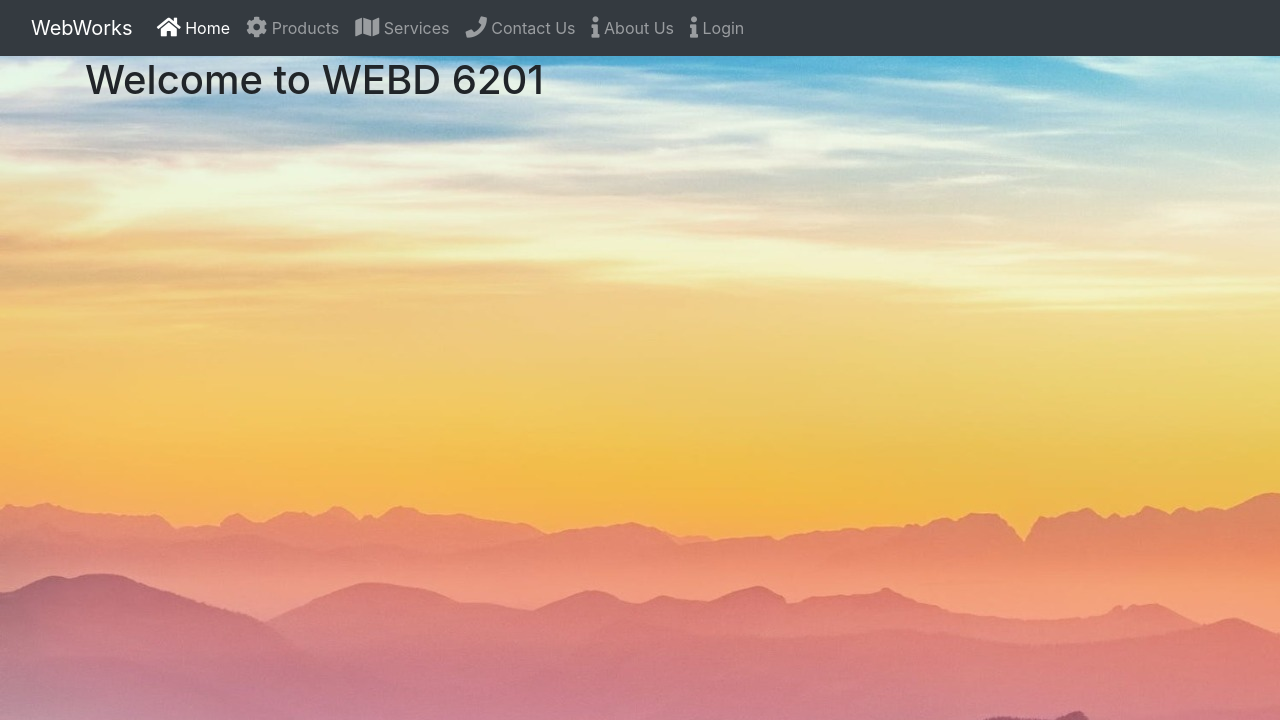
Repository: JonathonWager/Webd6202Lab1
Page: index.html
The author's editor kept a copy of each file at every save. The page is drawn from the files as they stood at one save, then again after the next save.
The browser window is 1280 px wide. The pictures show the whole page.

Above is the page before, as saved 2021-03-07 19:07:09.
Console error: SyntaxError: missing ) after argument list
Not found: Content/app.css

After the next save:
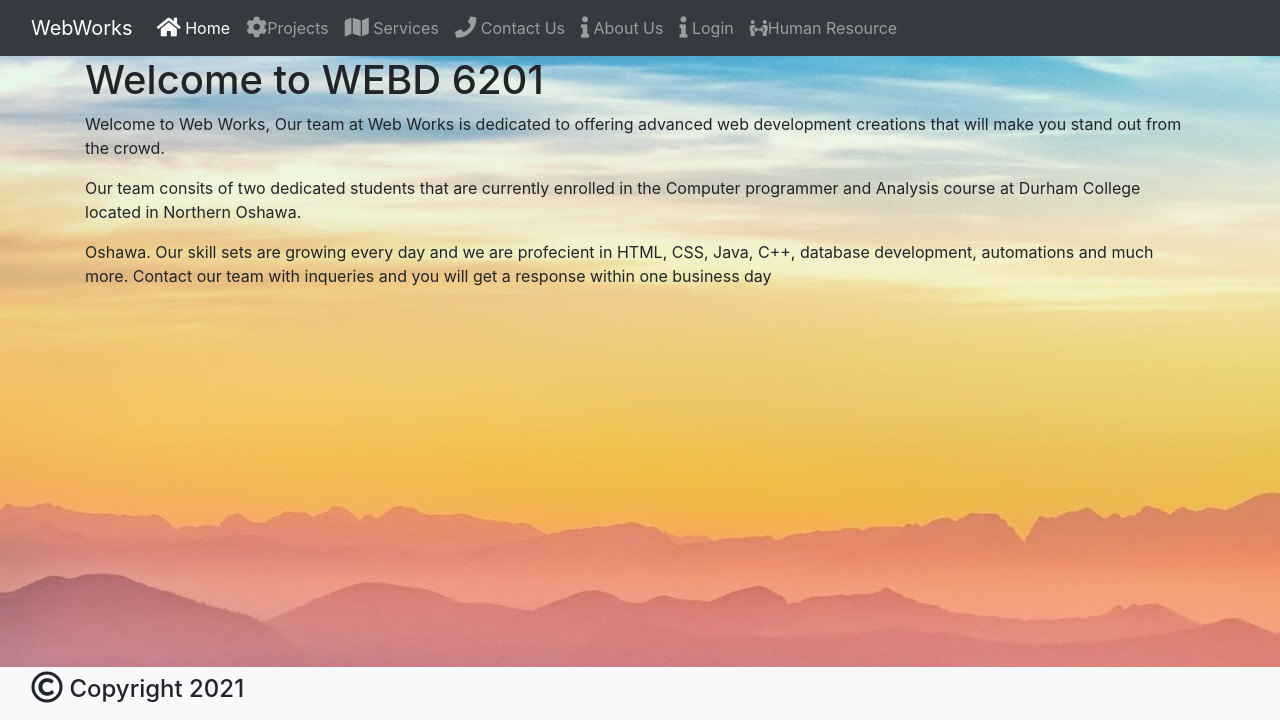
The error is gone.
Saved 7 s later.
--- a/Scripts/app.js
+++ b/Scripts/app.js
@@ -253,7 +253,7 @@
          // Finding the element by id and setting its content to the userName value
         document.getElementById("usernameInputID").innerHTML = usersName;
       }
-         console.log(sessionStorage.getItem("user");
+         console.log(sessionStorage.getItem("user"));
 
 
      }
